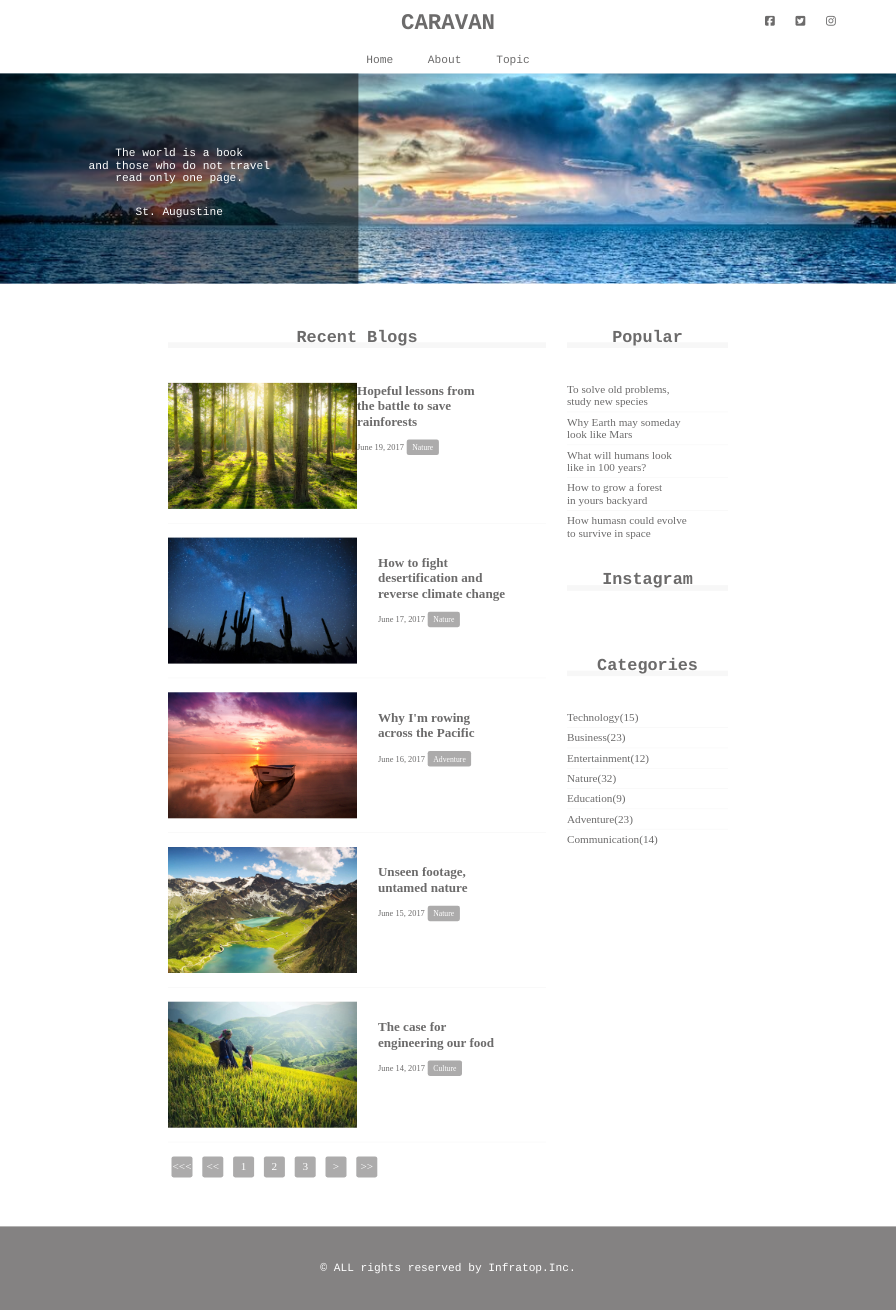
Repository: sweetyk0168/git-kadai3
Page: caravan/index.html
The author's editor kept a record of every edit. The page is drawn from the files as they stood at one moment, then again after the next edit.
The browser window is 1280 px wide. The pictures show the whole page, at 70% of full size.
Some web libraries are served in a nearby version.

Above is the page before.

### caravan/index.html
<!DOCTYPE html>
<html lang="ja">
  <head>
    <meta charset="UTF-8" />
    <script src="https://kit.fontawesome.com/51edd661f7.js" crossorigin="anonymous"></script>
    <link rel="stylesheet" href="style.css" />
    <title>CARAVAN</title>
  </head>

  <body>
    <!-- header -->
    <!--<div class="header">-->
    <header>
      <h1 class="heading">
        <a href="index.html">
          CARAVAN
        </a>
      </h1>
      <div class="social">
        <i class="fa-brands fa-square-facebook"></i>
        <i class="fa-brands fa-square-twitter"></i>
        <i class="fa-brands fa-instagram"></i>
      </div>
    </header>
    <!--</div> -->

    <!-- navigation -->
    <nav>
      <ul class="navi-list">
          <li class="navi-list-item">
            <a href="index.html">Home</a>
          </li>
          <li class="navi-list-item">About</li>
          <li class="navi-list-item">Topic</li>
      </ul>
    </nav>
    <!-- main-visual用のdiv -->
    <div class="main-visual">
      <div class="main-visual-content">
        <!-- pタグ（と文字）を追加-->
        <p class="main-visual-text">
          The world is a book<br />
          and those who do not travel<br />
          read only one page.
        </p>
        <p class="main-visual-name">
          St. Augustine
        </p>
      </div>
    </div>

    <!-- main用のdiv -->
    <main>
        <!--<div class="sidebar-right"></div>-->
        <section class="blog">
        <h2 class="blog-heading">Recent Blogs</h2>
          <div class="blog-box">
          <div class="blog-item">
              <img class="blog-image" src="img/forest.jpg" />
              <section class="blog-text-heading">
                <h3 class="blog-text-heading">
                  <a href="single.html">
                    Hopeful lessons from<br>
                    the battle to save<br>
                    rainforests
                  </a>
                </h3>
                <p class="blog-date">June 19, 2017</p>
                <span class="category">Nature</span>
              </section>
            </div>
            <div class="blog-item">
              <img class="blog-image" src="img/desert.jpg" />
              <section class="blog-text">
                  <h3 class="blog-text-heading">
                    <a href="single.html">
                      How to fight<br>
                      desertification and<br>
                      reverse climate change
                    </a>
                  </h3>
                  <p class="blog-date">June 17, 2017</p>
                  <span class="category">Nature</span>
              </section>
            </div>
            <div class="blog-item">
              <img class="blog-image" src="img/sunset.jpg" />
              <section class="blog-text">
                  <h3 class="blog-text-heading">
                    <a href="single.html">
                      Why I'm rowing<br>
                      across the Pacific
                    </a>
                  </h3>
                  <p class="blog-date">June 16, 2017</p>
                  <span class="category">Adventure</span>
              </section>
            </div>
            <div class="blog-item">
              <img class="blog-image" src="img/italy.jpg" />
              <section class="blog-text">
                  <h3 class="blog-text-heading">
                    <a href="single.html">
                      Unseen footage,<br>
                      untamed nature
                    </a>
                  </h3>
                  <p class="blog-date">June 15, 2017</p>
                  <span class="category">Nature</span>
              </section>
            </div>
            <div class="blog-item">
              <img class="blog-image" src="img/asia.jpg" />
              <section class="blog-text">
                  <h3 class="blog-text-heading">
                    <a href="single.html">
                      The case for<br>
                      engineering our food
                    </a>
                  </h3>
                  <p class="blog-date">June 14, 2017</p>
                  <span class="category">Culture</span>
              </section>
            </div>
          </div>
          <dig class="pagination">
            <p><<<</p>
            <p><<</p>
            <p>1</p>
            <p>2</p>
            <p>3</p>
            <p>></p>
            <p>>></p>
          </div>
        </section>
        <div class="sidebar">
          <section class="popular">
            <h2 class="popular-heading common-heading">Popular</h2>
            <div class="sidebar-contents">
              <p class="popular-text">To solve old problems,<br>study new species</p>
              <p class="popular-text">Why Earth may someday<br>look like Mars</p>
              <p class="popular-text">What will humans look<br>like in 100 years?</p>
              <p class="popular-text">How to grow a forest<br>in yours backyard</p>
              <p class="popular-text">How humasn could evolve<br>to survive in space</p>
            </div>
          </section>
          <section class="instagram">
            <h2 class="instagram-heading common-heading">Instagram</h2>
            <div class="sidebar-contents">
              <div class="instragram-box"></div>
              <div class="instragram-box"></div>
              <div class="instragram-box"></div>
              <div class="instragram-box"></div>
              <div class="instragram-box"></div>
              <div class="instragram-box"></div>
            </div>
          </section>
          <section class="categories">
            <h2 class="categories-heading common-heading">Categories</h2>
            <div class="sidebar-contents">
              <div class="categories-text">Technology(15)</div>
              <div class="categories-text">Business(23)</div>
              <div class="categories-text">Entertainment(12)</div>
              <div class="categories-text">Nature(32)</div>
              <div class="categories-text">Education(9)</div>
              <div class="categories-text">Adventure(23)</div>
              <div class="categories-text">Communication(14)</div>
            </div>
          </section>
        </div>
    </main>

    <!-- footer用のdiv -->
    <footer>
      <p class="footer-text">© ALL rights reserved by Infratop.Inc.</p>
    </footer>
  </body>
</html>

### caravan/style.css
/* ブラウザがそれぞれ持っているCSSをリセットするための記述 */
* {
  margin: 0;
  padding: 0;
  box-sizing: border-box;
  color: #6c6b6b;
}

a {
  text-decoration: none;
}

header, nav, h2, .main-visual, footer {
  font-family: Chalkduster, "Bradley Hand", Courier, "Segoe Print", sans-serif;
}

header {
  width: 90%; /* 横幅いっぱい */
  padding: 15px 0;
  margin: 0 auto;
  text-align: center;
  position: relative;
}

.social i {
  display: inline-block;
  margin-left: 20px;
}

.social {
  position: absolute;
  top: 22px;
  right: 22px;
}

header .heading {
  /* headerタグ内のheadingクラスにのみ反映される*/
 font-size: 32px;
}

.navi-list {
  text-align: center;
  padding: 10px 0;
  margin: 0 auto;
}

.navi-list-item {
  list-style: none;
  display: inline-block;
  margin: 0 20px;
}

.main-visual {
  width: 100%; /* 横幅いっぱい */
  height: 300px; /* 高さ300px */
  background-image: url(img/mv.jpg);
  background-size: cover;
  background-position: center;
}

.main-visual-content {
  width: 40%;
  height: 300px;
  background-color: rgba(0, 0, 0, 0.5); /*背景色を半透明の黒にする*/
  text-align: center; /* 文字を中央揃えにする*/
  padding-top: 105px; /* 上側の内側余白で垂直方向の位置を調整*/
}

.main-visual-text {
  color: #fff; /*文字色を城に変更*/
}

.main-visual-name {
  margin-top: 30px; /*上側の外側の余白*/
  color: #fff; /*文字色を白に変更*/
}

main {
  width: 800px; /* 横幅840px */
  display: flex; /* Flexboxの利用 */
  justify-content: center; /* 子要素の横並び・中央寄せ */
  margin: 0 auto; /* 中央寄せ（左右に余白がないとできない） */
  padding: 70px 0; /* 上下に70px 左右に0pxの内側余白*/
}

.blog {
  width: 540px;
  margin-right: 30px; /*領域の右側余白*/
}

.blog-heading {
  border-bottom: 8px solid #f7f7f7;
  text-align: center;
  line-height: 0.6;
}

.blog-box {
  padding-top: 50px;
}

.blog-item {
  padding-bottom: 20px;
  margin-bottom: 20px;
  border-bottom: 1px solid #f7f7f7;
  display: flex;
  justify-content: flex-start;
}

.blog-image {
  height: 180px;
}

.blog-text {
  padding: 25px 0 0 30px;
}

.blog-text-heading {
  padding-bottom: 15px;
}

.blog-date {
  font-size: 12px;
  display: inline-block;
}

.category {
  display: inline-block;
  padding: 5px 8px;
  background-color: #acabab;
  border-radius: 3px;
  color: #fff;
  font-size: 11px;
}

.pagination {
  text-align: center;
  padding-top: 50px;
}

.pagination p {
  display: inline-block;
  width: 30px;
  height: 30px;
  margin: 0 5px;
  color: #fff;
  background-color: #acabab;
  border-radius: 3px;
  line-height: 30px;
}
.sidebar {
  width: 230px;
}

.common-heading {
  border-bottom: 8px solid #f7f7f7;
  text-align: center;
  line-height: 0.6;
}

.sidebar-contents {
  padding: 50px 0;
}

.popular-text,
.categories-text {
  padding-bottom: 5px;
  border-bottom: 1px solid #f7f7f7;
  margin-bottom: 5px;
}

.popular-text:last-child,
.categories-text:last-child {
  margin: 0;
  padding: 0;
  border: none;
}

.instagram .sidebar-contents {
  display: flex;
  flex-wrap: wrap;
}

.instagram-box {
  width: 110px;
  padding-top: 110px;
  background-size: cover;
  background-position: center;
  margin-bottom: 10px;
}

.instagram-box:nth-child(odd) {
  margin-right: 10px;
}

.instagram-box:nth-child(1) {
  background-image: url(img/airport.jpg);
}

.instagram-box:nth-child(2) {
  background-image: url(img/japan.jpg);
}

.instagram-box:nth-child(3) {
  background-image: url(img/snow.jpg);
}

.instagram-box:nth-child(4) {
  background-image: url(img/japan2.jpg);
}

.instagram-box:nth-child(5) {
  background-image: url(img/lake.jpg);
}

.instagram-box:nth-child(6) {
  background-image: url(img/road.jpg);
}


footer {
  width: 100%; /* 横幅いっぱい */
  height: 120px; /* 高さ100px */
  text-align: center;
  line-height: 120px;
  background-color: #848282; /* 背景色blue */
}

.footer-text {
  color: #fff;
}

@media screen and (max-width: 425px) {
  header {
    width: 100px;
  }

  .navi-list {
    width: 100px;
  }

  .navi-list-item {
    width: 100px;
    margin: 0 0 10px 0;
  }

  .social {
    display: none;
  }

  .main-visual-content {
    width: 100px;
  }

  main {
    width: 100px;
    display: block;
  }

  .blog {
    width: 100px;
    display: block;
  }

  .blog-box {
    padding-left :2%;
    padding-right: 2%;
  }













}

After the next edit:
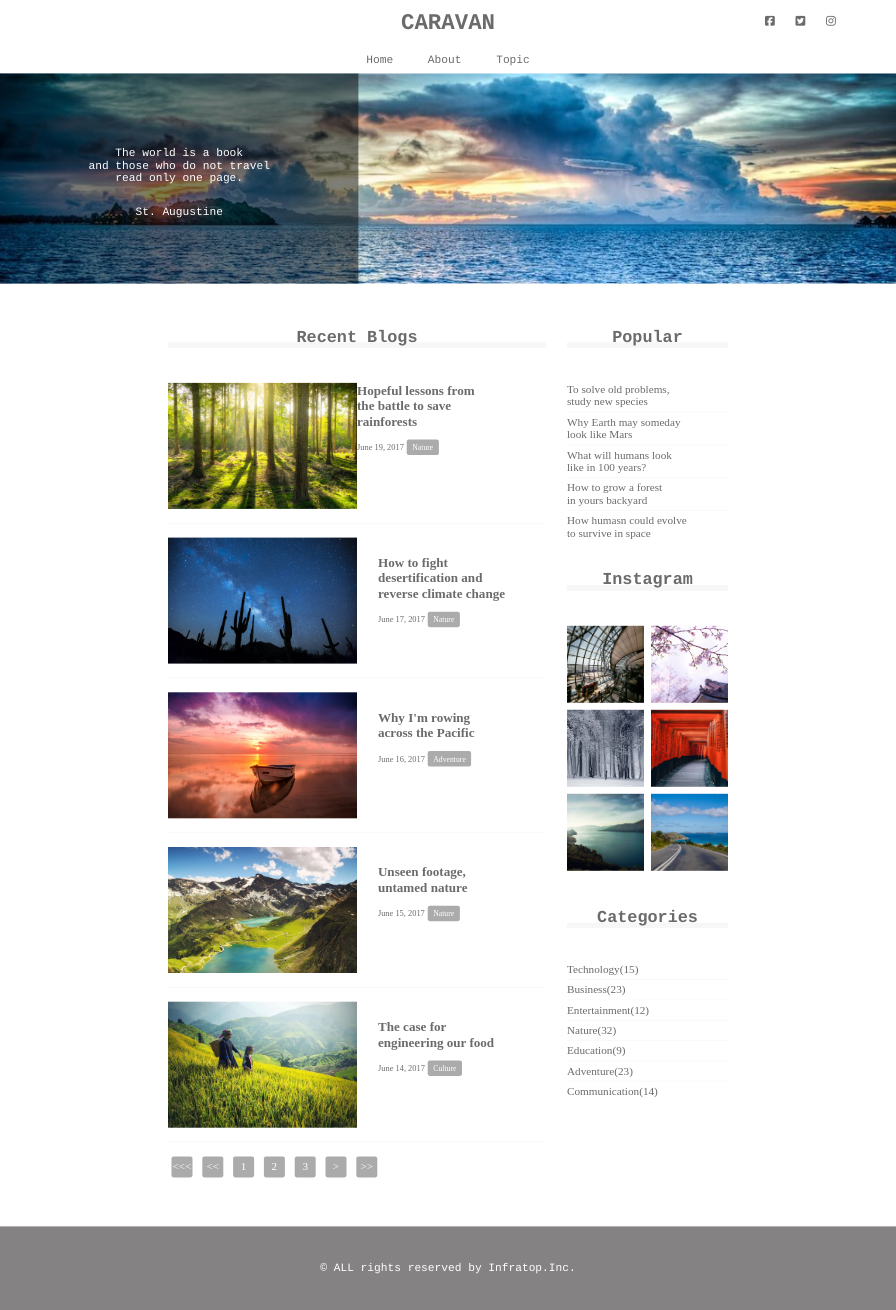
The edit:
--- a/caravan/index.html
+++ b/caravan/index.html
@@ -147,12 +147,12 @@
           <section class="instagram">
             <h2 class="instagram-heading common-heading">Instagram</h2>
             <div class="sidebar-contents">
-              <div class="instragram-box"></div>
-              <div class="instragram-box"></div>
-              <div class="instragram-box"></div>
-              <div class="instragram-box"></div>
-              <div class="instragram-box"></div>
-              <div class="instragram-box"></div>
+              <div class="instagram-box"></div>
+              <div class="instagram-box"></div>
+              <div class="instagram-box"></div>
+              <div class="instagram-box"></div>
+              <div class="instagram-box"></div>
+              <div class="instagram-box"></div>
             </div>
           </section>
           <section class="categories">
